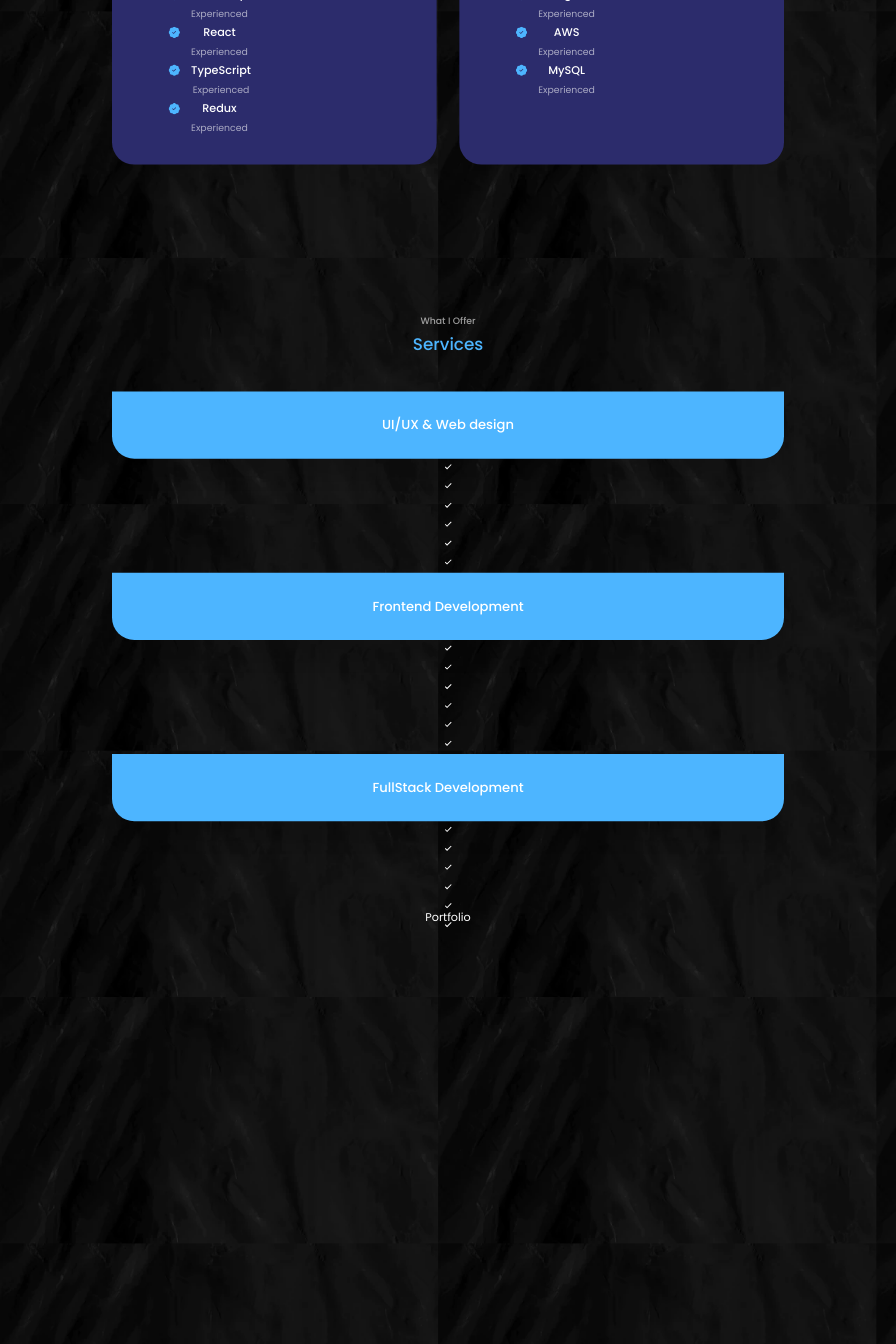
Repository: mayuri2018/Mr_react_portfolio
Page: /
The author's editor kept a copy of each file at every save. The page is drawn from the files as they stood at one save, then again after the next save.
The browser window is 1280 px wide. The pictures show the part of the page from y = 2095 to 4015 px (the page is 5835 px tall), at 70% of full size.
The project was rebuilt for these pictures with package versions that can differ from the ones it lists, and the page was loaded fresh each time. Also part of the build but not shown: src/components/portfolio/portfolio.css, src/components/testimonials/testimonials.css, src/components/contact/contact.css, src/components/footer/footer.css.

Above is the page before, as saved 2023-01-25 14:57:09.

After the next save:
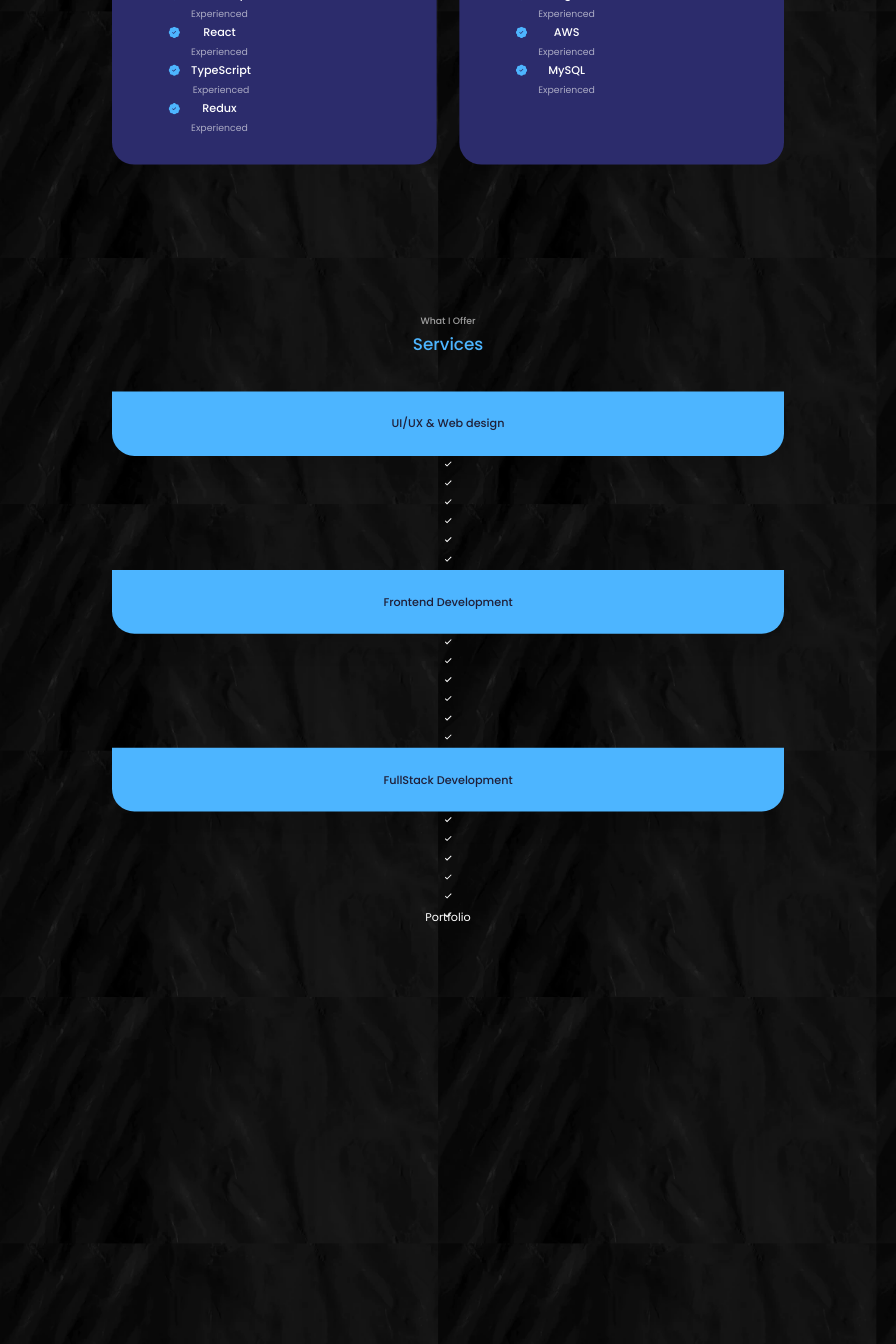
Saved 70 s later.
--- a/src/components/services/services.css
+++ b/src/components/services/services.css
@@ -20,3 +20,8 @@
     border-radius: 0 0 2rem 2rem;
     box-shadow: 0 2rem 1rem rgba(0, 0, 0, 0.1);
 }
+.service_head h3{
+    color: var(--color-bg);
+    font-size: 1rem;
+    text-align: center;
+}
